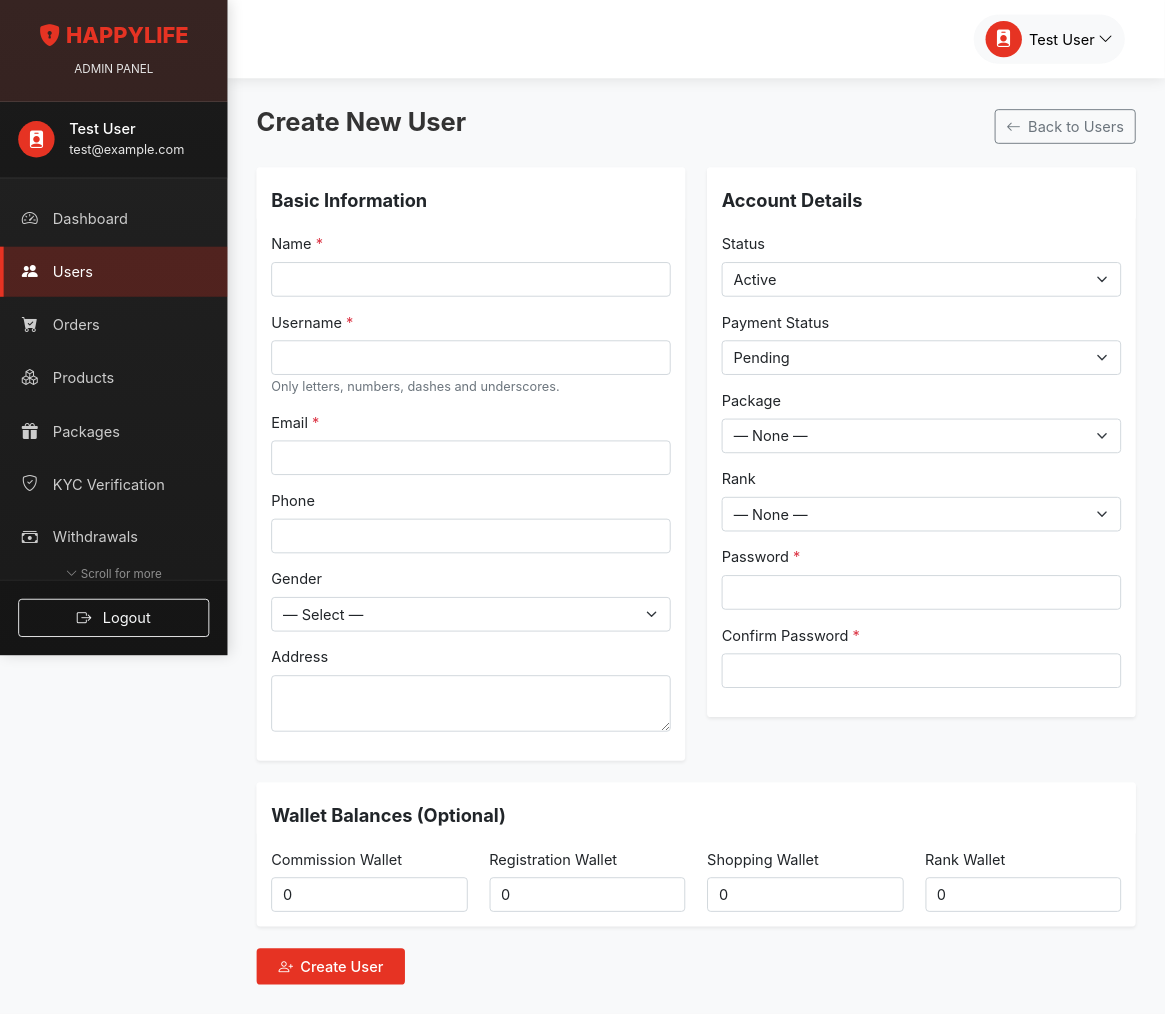
Repository: YackswebCode/happylife
Page: http://localhost/admin/users/create
The author's editor kept a copy of each file at every save. The page is drawn from the files as they stood at one save, then again after the next save.
The browser window is 1280 px wide. The pictures show the whole page, at 91% of full size.
The page is served by the project's Laravel application, run on PHP 8.4 with Laravel 12. The first stored user is signed in. Other server files are loaded and not shown. The database holds what the project's SQL file puts in it.

Above is the page before, as saved 2026-03-15 17:16:35.

### routes/admin.php
<?php

use Illuminate\Support\Facades\Route;
use App\Http\Controllers\Admin\Auth\LoginController;
use App\Http\Controllers\Admin\DashboardController;

Route::prefix('admin')->name('admin.')->group(function () {

    // Guest (not logged in as admin)
    Route::middleware('guest:admin')->group(function () {
        Route::get('/login', [LoginController::class, 'showLoginForm'])->name('login');
        Route::post('/login', [LoginController::class, 'login']);
    });

    // Authenticated admin routes
    Route::middleware('auth:admin')->group(function () {
        Route::post('/logout', [LoginController::class, 'logout'])->name('logout');
        Route::get('/dashboard', [DashboardController::class, 'index'])->name('dashboard');

        // User management
    Route::resource('users', App\Http\Controllers\Admin\UserController::class);
    Route::post('users/{user}/status/{status}', [App\Http\Controllers\Admin\UserController::class, 'toggleStatus'])->name('users.status');


        // Add more admin resource routes here later
    });
});

### app/Models/Admin.php
<?php

namespace App\Models;

use Illuminate\Foundation\Auth\User as Authenticatable;
use Illuminate\Notifications\Notifiable;

class Admin extends Authenticatable
{
    use Notifiable;

    protected $fillable = [
        'name',
        'email',
        'password',   // 👈 Make sure this is a string, not a number
    ];

    protected $hidden = [
        'password',
        'remember_token',
    ];
}

### app/Models/Package.php
<?php

namespace App\Models;

use Illuminate\Database\Eloquent\Factories\HasFactory;
use Illuminate\Database\Eloquent\Model;

class Package extends Model
{
    use HasFactory;

    protected $fillable = [
        'name',
        'price',
        'pv',
        'product_entitlement',
        'direct_bonus_amount',
        'pairing_cap',
        'description',
        'is_active',
        'order'
    ];

    protected $casts = [
        'price' => 'float',
        'pv' => 'integer',
        'direct_bonus_amount' => 'float',
        'pairing_cap' => 'float',
        'is_active' => 'boolean',
        'order' => 'integer'
    ];

    // Relationships
    public function users()
    {
        return $this->hasMany(User::class);
    }

    public function products()
    {
        return $this->belongsToMany(Product::class, 'package_products');
    }

    public function upgrades()
    {
        return $this->hasMany(Upgrade::class, 'new_package_id');
    }






}

### resources/views/admin/users/create.blade.php
@extends('layouts.admin')

@section('title', 'Create New User - Admin')

@section('content')
<div class="container-fluid px-0">
    <div class="d-flex justify-content-between align-items-center mb-4">
        <h2 class="h3 text-dark-gray fw-bold">Create New User</h2>
        <a href="{{ route('admin.users.index') }}" class="btn btn-outline-secondary">
            <i class="bi bi-arrow-left me-2"></i>Back to Users
        </a>
    </div>

    @if ($errors->any())
        <div class="alert alert-danger">
            <ul class="mb-0">
                @foreach ($errors->all() as $error)
                    <li>{{ $error }}</li>
                @endforeach
            </ul>
        </div>
    @endif

    <form action="{{ route('admin.users.store') }}" method="POST">
        @csrf

        <div class="row g-4">
            <!-- Basic Info -->
            <div class="col-md-6">
                <div class="card border-0 shadow-sm">
                    <div class="card-header bg-white border-0 pt-4">
                        <h5 class="fw-bold mb-0">Basic Information</h5>
                    </div>
                    <div class="card-body">
                        <div class="mb-3">
                            <label for="name" class="form-label">Name <span class="text-danger">*</span></label>
                            <input type="text" class="form-control @error('name') is-invalid @enderror" id="name" name="name" value="{{ old('name') }}" required>
                        </div>
                        <div class="mb-3">
                            <label for="username" class="form-label">Username <span class="text-danger">*</span></label>
                            <input type="text" class="form-control @error('username') is-invalid @enderror" id="username" name="username" value="{{ old('username') }}" required>
                            <small class="text-muted">Only letters, numbers, dashes and underscores.</small>
                        </div>
                        <div class="mb-3">
                            <label for="email" class="form-label">Email <span class="text-danger">*</span></label>
                            <input type="email" class="form-control @error('email') is-invalid @enderror" id="email" name="email" value="{{ old('email') }}" required>
                        </div>
                        <div class="mb-3">
                            <label for="phone" class="form-label">Phone</label>
                            <input type="text" class="form-control" id="phone" name="phone" value="{{ old('phone') }}">
                        </div>
                        <div class="mb-3">
                            <label for="gender" class="form-label">Gender</label>
                            <select class="form-select" id="gender" name="gender">
                                <option value="">— Select —</option>
                                <option value="male" {{ old('gender') == 'male' ? 'selected' : '' }}>Male</option>
                                <option value="female" {{ old('gender') == 'female' ? 'selected' : '' }}>Female</option>
                                <option value="other" {{ old('gender') == 'other' ? 'selected' : '' }}>Other</option>
                            </select>
                        </div>
                        <div class="mb-3">
                            <label for="address" class="form-label">Address</label>
                            <textarea class="form-control" id="address" name="address" rows="2">{{ old('address') }}</textarea>
                        </div>
                    </div>
                </div>
            </div>

            <!-- Account & Package -->
            <div class="col-md-6">
                <div class="card border-0 shadow-sm">
                    <div class="card-header bg-white border-0 pt-4">
                        <h5 class="fw-bold mb-0">Account Details</h5>
                    </div>
                    <div class="card-body">
                        <div class="mb-3">
                            <label for="status" class="form-label">Status</label>
                            <select class="form-select" id="status" name="status">
                                <option value="active" {{ old('status') == 'active' ? 'selected' : '' }}>Active</option>
                                <option value="inactive" {{ old('status') == 'inactive' ? 'selected' : '' }}>Inactive</option>
                                <option value="suspended" {{ old('status') == 'suspended' ? 'selected' : '' }}>Suspended</option>
                            </select>
                        </div>
                        <div class="mb-3">
                            <label for="payment_status" class="form-label">Payment Status</label>
                            <select class="form-select" id="payment_status" name="payment_status">
                                <option value="pending" {{ old('payment_status') == 'pending' ? 'selected' : '' }}>Pending</option>
                                <option value="paid" {{ old('payment_status') == 'paid' ? 'selected' : '' }}>Paid</option>
                            </select>
                        </div>
                        <div class="mb-3">
                            <label for="package_id" class="form-label">Package</label>
                            <select class="form-select" id="package_id" name="package_id">
                                <option value="">— None —</option>
                                @foreach($packages as $pkg)
                                    <option value="{{ $pkg->id }}" {{ old('package_id') == $pkg->id ? 'selected' : '' }}>
                                        {{ $pkg->name }} (₦{{ number_format($pkg->price) }})
                                    </option>
                                @endforeach
                            </select>
                        </div>
                        <div class="mb-3">
                            <label for="rank_id" class="form-label">Rank</label>
                            <select class="form-select" id="rank_id" name="rank_id">
                                <option value="">— None —</option>
                                @foreach($ranks as $rank)
                                    <option value="{{ $rank->id }}" {{ old('rank_id') == $rank->id ? 'selected' : '' }}>
                                        {{ $rank->name }}
                                    </option>
                                @endforeach
                            </select>
                        </div>
                        <div class="mb-3">
                            <label for="password" class="form-label">Password <span class="text-danger">*</span></label>
                            <input type="password" class="form-control @error('password') is-invalid @enderror" id="password" name="password" required>
                        </div>
                        <div class="mb-3">
                            <label for="password_confirmation" class="form-label">Confirm Password <span class="text-danger">*</span></label>
                            <input type="password" class="form-control" id="password_confirmation" name="password_confirmation" required>
                        </div>
                    </div>
                </div>
            </div>

            <!-- Wallet Balances (Optional) -->
            <div class="col-md-12">
                <div class="card border-0 shadow-sm">
                    <div class="card-header bg-white border-0 pt-4">
                        <h5 class="fw-bold mb-0">Wallet Balances (Optional)</h5>
                    </div>
                    <div class="card-body">
                        <div class="row">
                            <div class="col-md-3">
                                <label for="commission_wallet_balance" class="form-label">Commission Wallet</label>
                                <input type="number" step="0.01" class="form-control" id="commission_wallet_balance" name="commission_wallet_balance" value="{{ old('commission_wallet_balance', 0) }}">
                            </div>
                            <div class="col-md-3">
                                <label for="registration_wallet_balance" class="form-label">Registration Wallet</label>
                                <input type="number" step="0.01" class="form-control" id="registration_wallet_balance" name="registration_wallet_balance" value="{{ old('registration_wallet_balance', 0) }}">
                            </div>
                            <div class="col-md-3">
                                <label for="shopping_wallet_balance" class="form-label">Shopping Wallet</label>
                                <input type="number" step="0.01" class="form-control" id="shopping_wallet_balance" name="shopping_wallet_balance" value="{{ old('shopping_wallet_balance', 0) }}">
                            </div>
                            <div class="col-md-3">
                                <label for="rank_wallet_balance" class="form-label">Rank Wallet</label>
                                <input type="number" step="0.01" class="form-control" id="rank_wallet_balance" name="rank_wallet_balance" value="{{ old('rank_wallet_balance', 0) }}">
                            </div>
                        </div>
                    </div>
                </div>
            </div>

            <!-- Submit -->
            <div class="col-12">
                <button type="submit" class="btn btn-red px-4 py-2">
                    <i class="bi bi-person-plus me-2"></i>Create User
                </button>
            </div>
        </div>
    </form>
</div>
@endsection

### sql/happylife.sql (the tables this page reads)
CREATE TABLE `packages` (
  `id` bigint(20) UNSIGNED NOT NULL,
  `name` varchar(255) NOT NULL,
  `price` decimal(12,2) NOT NULL,
  `pv` int(11) NOT NULL,
  `product_entitlement` varchar(255) NOT NULL,
  `direct_bonus_amount` decimal(12,2) NOT NULL,
  `upgrade_bonus_amount` decimal(12,2) NOT NULL DEFAULT 0.00,
  `pairing_cap` decimal(12,2) NOT NULL,
  `description` text DEFAULT NULL,
  `is_active` tinyint(1) NOT NULL DEFAULT 1,
  `order` int(11) NOT NULL DEFAULT 0,
  `created_at` timestamp NULL DEFAULT NULL,
  `updated_at` timestamp NULL DEFAULT NULL
) ENGINE=InnoDB DEFAULT CHARSET=utf8mb4 COLLATE=utf8mb4_unicode_ci;

INSERT INTO `packages` (`id`, `name`, `price`, `pv`, `product_entitlement`, `direct_bonus_amount`, `upgrade_bonus_amount`, `pairing_cap`, `description`, `is_active`, `order`, `created_at`, `updated_at`) VALUES
(1, 'SAPPHIRE', 6500.00, 10, 'Basic Products', 1250.00, 10.00, 5000.00, 'Starter package for new members', 1, 1, '2026-02-10 11:22:24', '2026-02-10 11:22:24'),
(2, 'OHEKEM', 10500.00, 16, 'Intermediate Products', 2000.00, 20.00, 8000.00, 'Intermediate membership package', 1, 2, '2026-02-10 11:22:24', '2026-02-10 11:22:24'),
(3, 'EMERALD', 54500.00, 100, 'Premium Products', 12500.00, 30.00, 50000.00, 'Premium membership package', 1, 3, '2026-02-10 11:22:24', '2026-02-10 11:22:24'),
(4, 'ACHIEVERS', 132500.00, 244, 'Elite Products', 30500.00, 40.00, 100000.00, 'Elite membership package', 1, 4, '2026-02-10 11:22:24', '2026-02-10 11:22:24'),
(5, 'LIFESTYLE', 265500.00, 500, 'Luxury Products', 62500.00, 50.00, 200000.00, 'Top-tier lifestyle package', 1, 5, '2026-02-10 11:22:24', '2026-02-10 11:22:24');

ALTER TABLE `packages`
  ADD PRIMARY KEY (`id`);

ALTER TABLE `packages`
  MODIFY `id` bigint(20) UNSIGNED NOT NULL AUTO_INCREMENT, AUTO_INCREMENT=6;

CREATE TABLE `ranks` (
  `id` bigint(20) UNSIGNED NOT NULL,
  `name` varchar(255) NOT NULL,
  `level` int(11) NOT NULL,
  `required_pv` decimal(12,2) NOT NULL,
  `cash_reward` decimal(12,2) NOT NULL,
  `other_reward` varchar(255) DEFAULT NULL,
  `description` text DEFAULT NULL,
  `is_active` tinyint(1) NOT NULL DEFAULT 1,
  `created_at` timestamp NULL DEFAULT NULL,
  `updated_at` timestamp NULL DEFAULT NULL
) ENGINE=InnoDB DEFAULT CHARSET=utf8mb4 COLLATE=utf8mb4_unicode_ci;

INSERT INTO `ranks` (`id`, `name`, `level`, `required_pv`, `cash_reward`, `other_reward`, `description`, `is_active`, `created_at`, `updated_at`) VALUES
(1, 'SAPPHIRE', 1, 10.00, 1000.00, NULL, 'Rank SAPPHIRE reward', 1, '2026-02-10 11:23:24', '2026-02-10 11:23:24'),
(2, 'OHEKEM', 2, 50.00, 5000.00, NULL, 'Rank OHEKEM reward', 1, '2026-02-10 11:23:24', '2026-02-10 11:23:24'),
(3, 'EMERALD', 3, 200.00, 12500.00, NULL, 'Rank EMERALD reward', 1, '2026-02-10 11:23:24', '2026-02-10 11:23:24'),
(4, 'ACHIEVER', 4, 500.00, 30500.00, NULL, 'Rank ACHIEVER reward', 1, '2026-02-10 11:23:24', '2026-02-10 11:23:24'),
(5, 'LIFESTYLE', 5, 1000.00, 62500.00, NULL, 'Rank LIFESTYLE reward', 1, '2026-02-10 11:23:24', '2026-02-10 11:23:24');

ALTER TABLE `ranks`
  ADD PRIMARY KEY (`id`);

ALTER TABLE `ranks`
  MODIFY `id` bigint(20) UNSIGNED NOT NULL AUTO_INCREMENT, AUTO_INCREMENT=6;

CREATE TABLE `users` (
  `id` bigint(20) UNSIGNED NOT NULL,
  `name` varchar(255) NOT NULL,
  `email` varchar(255) NOT NULL,
  `email_verified_at` timestamp NULL DEFAULT NULL,
  `username` varchar(255) NOT NULL,
  `phone` varchar(255) DEFAULT NULL,
  `address` text DEFAULT NULL,
  `password` varchar(255) NOT NULL,
  `sponsor_id` varchar(255) DEFAULT NULL,
  `placement_id` varchar(255) DEFAULT NULL,
  `placement_position` varchar(255) DEFAULT NULL,
  `package_id` bigint(20) UNSIGNED DEFAULT NULL,
  `country` varchar(255) DEFAULT NULL,
  `state` varchar(255) DEFAULT NULL,
  `product_id` bigint(20) UNSIGNED DEFAULT NULL,
  `pickup_center_id` bigint(20) UNSIGNED DEFAULT NULL,
  `rank_id` bigint(20) UNSIGNED DEFAULT NULL,
  `left_count` int(11) NOT NULL DEFAULT 0,
  `right_count` int(11) NOT NULL DEFAULT 0,
  `total_pv` decimal(12,2) NOT NULL DEFAULT 0.00,
  `current_pv` decimal(12,2) NOT NULL DEFAULT 0.00,
  `status` varchar(255) NOT NULL DEFAULT 'active',
  `registration_date` timestamp NULL DEFAULT NULL,
  `role` enum('admin','company','member') NOT NULL DEFAULT 'member',
  `remember_token` varchar(100) DEFAULT NULL,
  `verification_code` varchar(10) DEFAULT NULL,
  `created_at` timestamp NULL DEFAULT NULL,
  `updated_at` timestamp NULL DEFAULT NULL,
  `referral_code` varchar(255) DEFAULT NULL,
  `payment_status` varchar(20) NOT NULL DEFAULT 'pending',
  `activated_at` timestamp NULL DEFAULT NULL,
  `commission_wallet_balance` decimal(12,2) DEFAULT 0.00,
  `registration_wallet_balance` decimal(12,2) DEFAULT 0.00,
  `rank_wallet_balance` decimal(12,2) DEFAULT 0.00,
  `shopping_wallet_balance` decimal(12,2) DEFAULT 0.00,
  `left_pv` decimal(12,2) NOT NULL DEFAULT 0.00,
  `right_pv` decimal(12,2) NOT NULL DEFAULT 0.00,
  `direct_bonus_total` decimal(12,2) DEFAULT 0.00,
  `indirect_level_2_bonus_total` decimal(12,2) DEFAULT 0.00,
  `indirect_level_3_bonus_total` decimal(12,2) DEFAULT 0.00,
  `matching_pv_bonus_total` decimal(12,2) DEFAULT 0.00,
  `paid_matching_pv` decimal(12,2) NOT NULL DEFAULT 0.00,
  `rank_bonus_total` decimal(12,2) DEFAULT 0.00,
  `repurchase_bonus_total` decimal(12,2) DEFAULT 0.00,
  `lifestyle_bonus_total` decimal(12,2) DEFAULT 0.00,
  `direct_sponsors_count` int(11) DEFAULT 0,
  `upgrade_bonus_total` decimal(12,2) NOT NULL DEFAULT 0.00
) ENGINE=InnoDB DEFAULT CHARSET=utf8mb4 COLLATE=utf8mb4_unicode_ci;

INSERT INTO `users` (`id`, `name`, `email`, `email_verified_at`, `username`, `phone`, `address`, `password`, `sponsor_id`, `placement_id`, `placement_position`, `package_id`, `country`, `state`, `product_id`, `pickup_center_id`, `rank_id`, `left_count`, `right_count`, `total_pv`, `current_pv`, `status`, `registration_date`, `role`, `remember_token`, `verification_code`, `created_at`, `updated_at`, `referral_code`, `payment_status`, `activated_at`, `commission_wallet_balance`, `registration_wallet_balance`, `rank_wallet_balance`, `shopping_wallet_balance`, `left_pv`, `right_pv`, `direct_bonus_total`, `indirect_level_2_bonus_total`, `indirect_level_3_bonus_total`, `matching_pv_bonus_total`, `paid_matching_pv`, `rank_bonus_total`, `repurchase_bonus_total`, `lifestyle_bonus_total`, `direct_sponsors_count`, `upgrade_bonus_total`) VALUES
(2, 'John Doe', 'john@example.com', '2026-02-10 13:18:14', 'johndoe', '08030000003', 'testing', '$2y$12$54luF8FjQiMF5Z9/x7FbvO0RRZLtmGML4HrhpsoY4o/vycr9W9WRi', '1', '1', NULL, 2, NULL, NULL, 1, 2, 2, 1, 0, 260.00, 260.00, 'active', '2026-02-10 11:51:19', 'member', NULL, NULL, '2026-02-10 11:51:19', '2026-02-21 13:02:52', 'SP12345', 'paid', NULL, 32706.00, 0.00, 0.00, 0.00, 220.00, 40.00, 32500.00, 125.00, 37.50, 4.00, 40.00, 5000.00, 0.00, 0.00, 2, 40.00),
(32, 'Yahaya Ibrahim', 'yahayaibraheem808@gmail.com', '2026-02-21 11:40:09', 'yahayaibrahim', '+234 7084343765', '21 421 Mokwa-bida Road NI Mokwa, Ng\r\nBuilding', '$2y$12$i9XkddAX75gOFwnMPIWsW.28jNLi5/IxSsEAZgi4Reb7uBoG6LQxG', '2', '2', 'left', 4, 'Arewa', 'Niger', 4, 3, 2, 1, 1, 130.00, 130.00, 'active', '2026-02-21 11:39:18', 'member', NULL, NULL, '2026-02-21 11:39:18', '2026-02-21 15:15:13', 'HL7J7TUK', 'paid', '2026-02-21 11:41:08', 6107.50, 0.00, 6000.00, 2000.00, 50.00, 50.00, 5000.00, 62.50, 0.00, 5.00, 50.00, 6000.00, 0.00, 0.00, 4, 40.00),
(33, 'Yahaya Ibrahim', 'yi66130@gmail.com', '2026-02-21 11:43:36', 'yahayaibrahim1', '+2348012345678', NULL, '$2y$12$zW2NanW5WiKjpZX5ILKO1u9Dpnm2VeOijFNCeU5TJCZVS39h95m8i', '32', '32', 'left', 1, 'Arewa', 'Niger', 1, 3, NULL, 0, 0, 10.00, 10.00, 'active', '2026-02-21 11:43:13', 'member', NULL, NULL, '2026-02-21 11:43:13', '2026-02-21 11:43:51', 'HLGFBAHK', 'paid', '2026-02-21 11:43:51', 0.00, 0.00, 0.00, 0.00, 0.00, 0.00, 0.00, 0.00, 0.00, 0.00, 0.00, 0.00, 0.00, 0.00, 0, 0.00),
(34, 'Yahaya Ibrahim', 'khadijat6126@gmail.com', '2026-02-21 11:47:30', 'yahayaibrahim2', '+2348012345677', NULL, '$2y$12$qU/SnLtbB.l6Ek5hRXXC8eGaWP/TC0gFh7pSaoL33XUstLfzbr8JG', '32', '32', 'right', 1, 'Arewa', 'Niger', 1, 3, NULL, 1, 0, 20.00, 20.00, 'active', '2026-02-21 11:47:04', 'member', NULL, NULL, '2026-02-21 11:47:04', '2026-02-21 11:53:11', 'HLY4DBNO', 'paid', '2026-02-21 11:47:44', 2500.00, 0.00, 0.00, 0.00, 10.00, 0.00, 2500.00, 0.00, 0.00, 0.00, 0.00, 0.00, 0.00, 0.00, 2, 0.00),
(35, 'Yahaya Ibrahim', 'yacksweb@mail.com', '2026-02-21 11:52:53', 'yahayaibrahim3', '+2348012345655', NULL, '$2y$12$CNV3Id6rWMjDjLExwPirver7eHzeoebI4Fk.Z27bJAW6oetRC5naO', '34', '34', 'left', 1, 'Arewa', 'Niger', 1, 3, NULL, 0, 0, 10.00, 10.00, 'active', '2026-02-21 11:52:32', 'member', NULL, NULL, '2026-02-21 11:52:32', '2026-02-21 11:53:11', 'HLEYEAYZ', 'paid', '2026-02-21 11:53:11', 0.00, 0.00, 0.00, 0.00, 0.00, 0.00, 0.00, 0.00, 0.00, 0.00, 0.00, 0.00, 0.00, 0.00, 0, 0.00);

ALTER TABLE `users`
  ADD PRIMARY KEY (`id`),
  ADD UNIQUE KEY `users_email_unique` (`email`),
  ADD UNIQUE KEY `users_username_unique` (`username`),
  ADD UNIQUE KEY `users_referral_code_unique` (`referral_code`),
  ADD KEY `users_package_id_foreign` (`package_id`),
  ADD KEY `users_pickup_center_id_foreign` (`pickup_center_id`),
  ADD KEY `users_rank_id_foreign` (`rank_id`),
  ADD KEY `users_product_id_foreign` (`product_id`);

ALTER TABLE `users`
  MODIFY `id` bigint(20) UNSIGNED NOT NULL AUTO_INCREMENT, AUTO_INCREMENT=36;

ALTER TABLE `users`
  ADD CONSTRAINT `users_package_id_foreign` FOREIGN KEY (`package_id`) REFERENCES `packages` (`id`),
  ADD CONSTRAINT `users_pickup_center_id_foreign` FOREIGN KEY (`pickup_center_id`) REFERENCES `pickup_centers` (`id`),
  ADD CONSTRAINT `users_rank_id_foreign` FOREIGN KEY (`rank_id`) REFERENCES `ranks` (`id`);

Loaded but not shown: app/Providers/AppServiceProvider.php (common file); app/Http/Controllers/Controller.php (common file); resources/views/layouts/admin.blade.php (763 lines, source omitted); routes/web.php (171 lines, source omitted); app/Models/User.php (323 lines, source omitted); routes/member.php (141 lines, source omitted); app/Http/Controllers/Admin/UserController.php (203 lines, source omitted); app/Models/Rank.php (64 lines, source omitted)

After the next save:
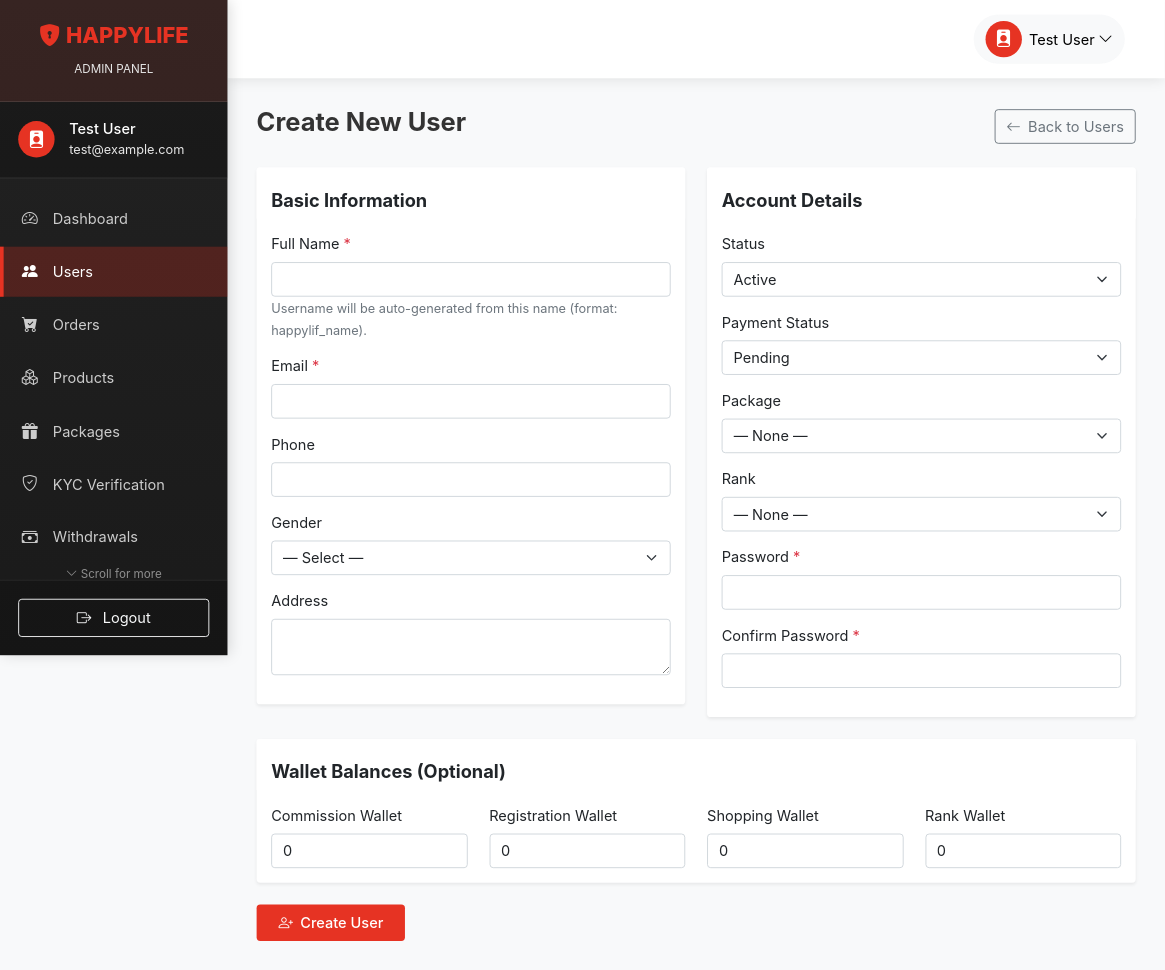
Saved 10 s later.
--- a/resources/views/admin/users/create.blade.php
+++ b/resources/views/admin/users/create.blade.php
@@ -33,13 +33,9 @@
                     </div>
                     <div class="card-body">
                         <div class="mb-3">
-                            <label for="name" class="form-label">Name <span class="text-danger">*</span></label>
+                            <label for="name" class="form-label">Full Name <span class="text-danger">*</span></label>
                             <input type="text" class="form-control @error('name') is-invalid @enderror" id="name" name="name" value="{{ old('name') }}" required>
-                        </div>
-                        <div class="mb-3">
-                            <label for="username" class="form-label">Username <span class="text-danger">*</span></label>
-                            <input type="text" class="form-control @error('username') is-invalid @enderror" id="username" name="username" value="{{ old('username') }}" required>
-                            <small class="text-muted">Only letters, numbers, dashes and underscores.</small>
+                            <small class="text-muted">Username will be auto-generated from this name (format: happylif_name).</small>
                         </div>
                         <div class="mb-3">
                             <label for="email" class="form-label">Email <span class="text-danger">*</span></label>
